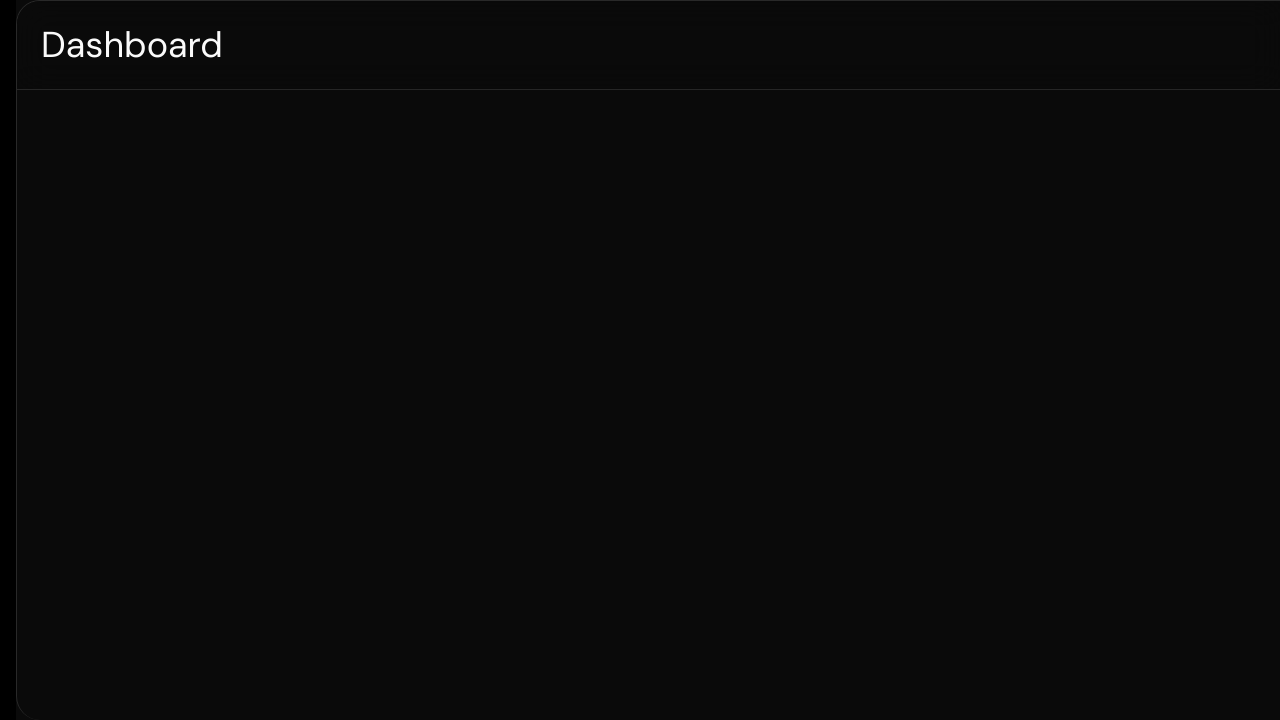
Repository: MikeeBuilds/fuzzi
Page: /dashboard
The author's editor kept a copy of each file at every save. The page is drawn from the files as they stood at one save, then again after a run of saves.
The browser window is 1280 px wide. The pictures show the whole page.
The project was rebuilt for these pictures with package versions that can differ from the ones it lists, and the page was loaded fresh each time. The framework's server and built-in components were replaced by stand-ins that run in the browser. Also part of the build but not shown: next.config.mjs.

Above is the page before, as saved 2024-04-24 15:18:57.

### src/app/layout.tsx
import type { Metadata } from "next";
import { ThemeProvider } from "@/providers/theme-provider"
import { DM_Sans } from "next/font/google";
import "./globals.css";

const font = DM_Sans({ subsets: ["latin"] });

export const metadata: Metadata = {
  title: "Fuzzii",
  description: "Automate your work with Fuzzii",
};

export default function RootLayout({
  children,
}: Readonly<{
  children: React.ReactNode;
}>) {
  return (
    <html lang="en">
      <body className={font.className}>
      <ThemeProvider
            attribute="class"
            defaultTheme="dark"
            enableSystem
            disableTransitionOnChange
          >
        {children}
        </ThemeProvider>
      </body>
    </html>
  );
}

### src/app/(main)/layout.tsx
import React from 'react'
import Sidebar from '@/components/sidebar'

type Props = { children: React.ReactNode }

const Layout = (props: Props) => {
  return (
    <div className='flex overflow-hidden h-screen'>
      <Sidebar />
        <div className='w-full'>
            {props.children}
        </div>
    </div>
  )
}

export default Layout

### src/app/(main)/(pages)/layout.tsx
import React from'react'

type Props = { children: React.ReactNode }

const Layout = ({ children }: Props) => {
    return (
        <div className='border-l-[1px] border-t-[1px] pb-20 h-screen rounded-l-3xl border-muted-foreground/20 overflow-scroll'>
            {children}
        </div>
    )
}

export default Layout

### src/app/(main)/(pages)/dashboard/page.tsx
import React from 'react'


const DashboardPage = () => {
  return (
    <div className='flex flex-col gap-4 relative'>
      <h1 className='text-4xl sticky top-0 z-[10] p-6 bg-background/50 backdrop-blur-lg flex items-center border-b'>
        Dashboard
      </h1>
    </div>
  )
}

export default DashboardPage

### src/providers/theme-provider.tsx
"use client"

import * as React from "react"

import { ThemeProvider as NextThemesProvider } from "next-themes"
import { type ThemeProviderProps } from "next-themes/dist/types"

export function ThemeProvider({ children, ...props }: ThemeProviderProps) {
  return <NextThemesProvider {...props}>{children}</NextThemesProvider>
}

### src/components/sidebar/index.tsx
'use client'

import Link from 'next/link'
import { usePathname } from 'next/navigation'
import React from 'react'

type Props = {}

const MenuOptions = (props: Props) => {
    const pathName = usePathname()

  return <nav className='dark:bg-black h-screen overflow-scroll justify-between flex items-center flex-col gap-10 py-6 px-2'>
    <div className='flex items-center justify-center flex-col gap-8'>
        <Link
          className='flex font-bold flex-row'
          href="/"
        ></Link>
    </div>
  </nav>

}

export default MenuOptions

Loaded but not shown: src/app/globals.css (common file); tailwind.config.ts (common file)

After the next 3 saves:
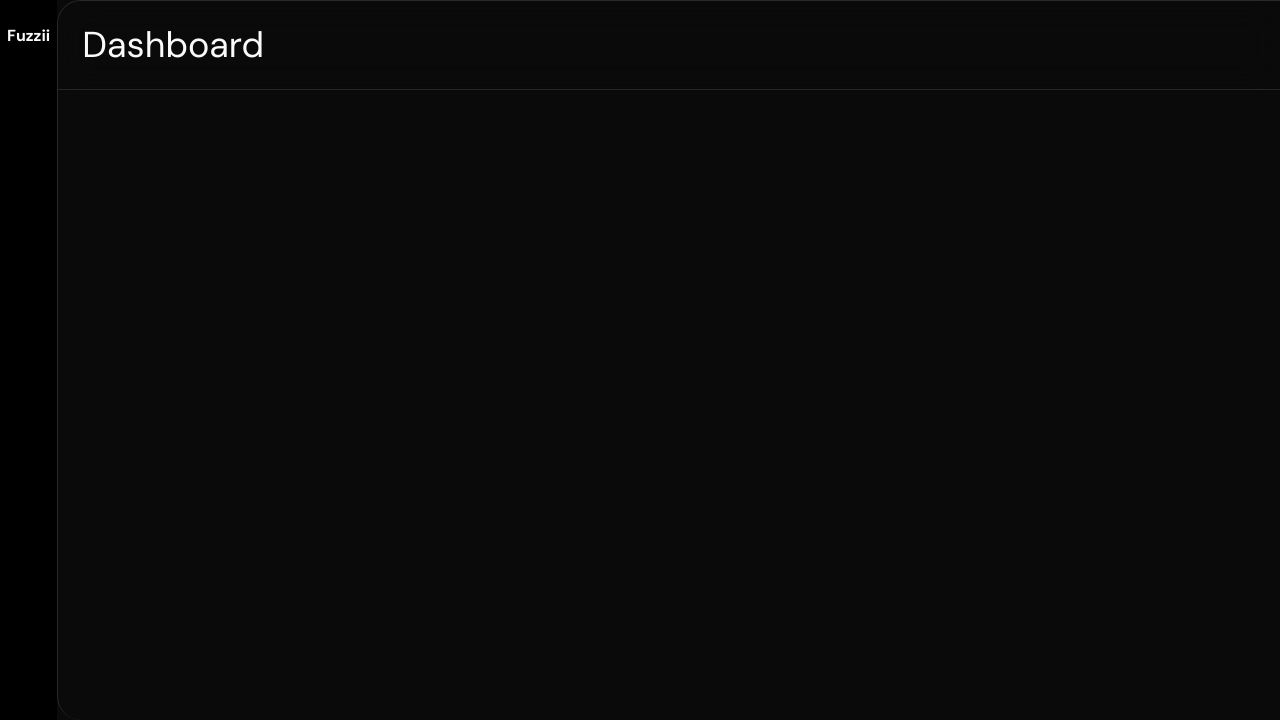
The 3 saves are shown as one change because they came seconds apart.
The last was saved 11 s later.
--- a/src/components/sidebar/index.tsx
+++ b/src/components/sidebar/index.tsx
@@ -14,7 +14,9 @@ const MenuOptions = (props: Props) => {
         <Link
           className='flex font-bold flex-row'
           href="/"
-        ></Link>
+        >
+            Fuzzii
+        </Link>
     </div>
   </nav>
 
